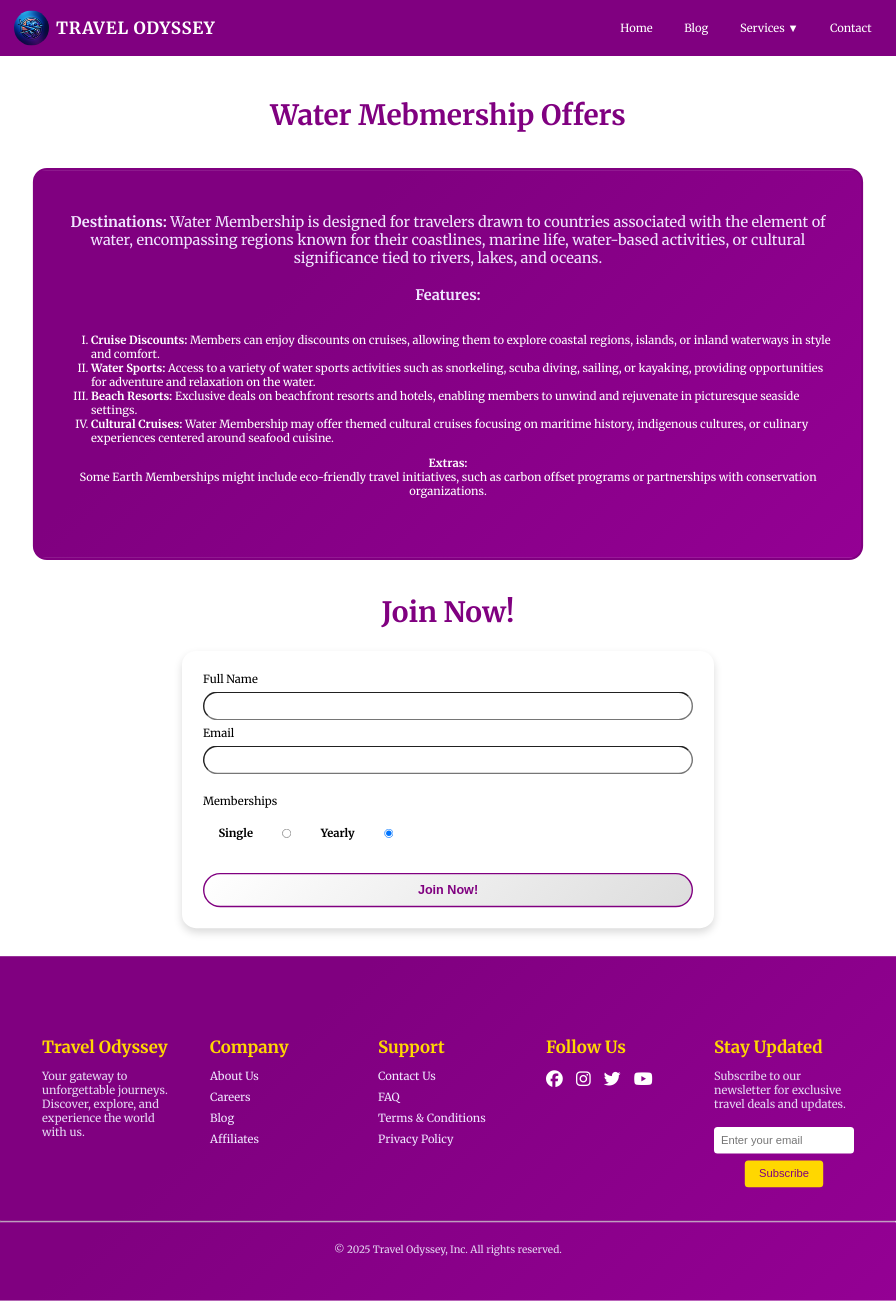
Repository: GHzPhoenix/Project-Odyssey
Page: Frontend/water.html
An editor plug-in stored every save of this project. The page is shown before and after the next save, followed by the edit.
The browser window is 1280 px wide. The pictures show the whole page, at 70% of full size.
Some web libraries are served in a nearby version.

Above is the page before, as saved 2025-06-08 16:39:27.

### Frontend/water.html
<!DOCTYPE html>
<html lang="en">
<head>
    <meta charset="UTF-8">
    <meta name="viewport" content="width=device-width, initial-scale=1.0">
    <title>Water Membership</title>
    <link rel="stylesheet" href="/Frontend/css/style.css" />
    <link rel="preconnect" href="https://fonts.googleapis.com">
<link rel="preconnect" href="https://fonts.gstatic.com" crossorigin>
<link href="https://fonts.googleapis.com/css2?family=Merriweather:ital,wght@0,300;0,400;0,700;0,900;1,300;1,400;1,700;1,900&display=swap" rel="stylesheet">

</head>

<body>
    <header>
      <nav>
        <div class="logo">
            <img src="./assets/your-logo.png" alt="Logo">
            Travel Odyssey
        </div>

        <div class="menu-toggle" onclick="toggleMenu()">
            <div></div>
            <div></div>
            <div></div>
        </div>

        <ul>
            <li><a href="index.html">Home</a></li>
            <li><a href="city.html">Blog</a></li>
            <li>
                <a href="#">Services ▼</a>
                <div class="dropdown">
                    <a href="membership.html">Memberships</a>
                    <a href="dream.html">Plan your Trip</a>
                    <a href="client-area.html">Client Area</a>
                </div>
            </li>
            <li><a href="contact.html">Contact</a></li>
        </ul>
    </nav>


    </header>
    <main>
        <h1>Water Mebmership Offers</h1>
        <div class="big-box">
        <p><b>Destinations:</b> Water Membership is designed for travelers drawn to countries associated with the element of water, encompassing regions known for their coastlines, marine life, water-based activities, or cultural significance tied to rivers, lakes, and oceans.
            <br>
            <br>
            <b>Features:</b>
            <ol type="I">
            <li><b>Cruise Discounts:</b> Members can enjoy discounts on cruises, allowing them to explore coastal regions, islands, or inland waterways in style and comfort.</li>
           <li> <b>Water Sports:</b> Access to a variety of water sports activities such as snorkeling, scuba diving, sailing, or kayaking, providing opportunities for adventure and relaxation on the water.</li>
           <li><b>Beach Resorts:</b> Exclusive deals on beachfront resorts and hotels, enabling members to unwind and rejuvenate in picturesque seaside settings.</li>
            <li><b>Cultural Cruises:</b> Water Membership may offer themed cultural cruises focusing on maritime history, indigenous cultures, or culinary experiences centered around seafood cuisine.</li>

            </ol>
            <b>Extras:</b> Some Earth Memberships might include eco-friendly travel initiatives, such as carbon offset programs or partnerships with conservation organizations. </p>
        </div>
        <h1> Join Now!</h1>
        <div class="container">

                <form id="booking-form">
                    <label for="name">Full Name</label>
                    <input  type="text" id="name" name="name" required>
               <br>
                    <label for="email">Email</label>
                    <input type="email" id="email" name="email" required>
                <br>
                <table class="subs">
                    <br>
                    Memberships
                    <tr>
                <th><label for="period">Single</label></th>
                <td><input type="radio" id="Monthly" name="period" value="Monthly"></td>
                <th><label for="period">Yearly</label></th>
                <td><input type="radio" id="Yearly" name="period" value="Yearly" checked></td>
                </tr>
                </table>
                <a href="checkout.html" style="color: white;"> <button class="submit">Join Now!</button></a>
    </form>
</main>
<footer class="footer">
    <div class="footer-container">
        <!-- Company Info -->
        <div class="footer-section">
            <h3>Travel Odyssey</h3>
            <p>Your gateway to unforgettable journeys. Discover, explore, and experience the world with us.</p>
        </div>

        <!-- Quick Links -->
        <div class="footer-section">
            <h3>Company</h3>
            <ul>
                <li><a href="aboutus.html">About Us</a></li>
                <li><a href="careers.html">Careers</a></li>
                <li><a href="blog.html">Blog</a></li>
                <li><a href="affiliates.html">Affiliates</a></li>
            </ul>
        </div>

        <!-- Customer Support -->
        <div class="footer-section">
            <h3>Support</h3>
            <ul>
                <li><a href="contact.html">Contact Us</a></li>
                <li><a href="faq.html">FAQ</a></li>
                <li><a href="terms.html">Terms & Conditions</a></li>
                <li><a href="privacy.html">Privacy Policy</a></li>
            </ul>
        </div>

        <!-- Social Media -->
        <div class="footer-section">
            <h3>Follow Us</h3>
            <div class="social-icons">
                <a href="#"><i class="fab fa-facebook"></i></a>
                <a href="#"><i class="fab fa-instagram"></i></a>
                <a href="#"><i class="fab fa-twitter"></i></a>
                <a href="#"><i class="fab fa-youtube"></i></a>
            </div>
        </div>

        <!-- Newsletter Subscription -->
        <div class="footer-section newsletter">
            <h3>Stay Updated</h3>
            <p>Subscribe to our newsletter for exclusive travel deals and updates.</p>
            <form action="#">
                <input type="email" placeholder="Enter your email" required>
                <button type="submit">Subscribe</button>
            </form>
        </div>
    </div>

    <hr>

    <div class="footer-bottom">
        <p>© 2025 Travel Odyssey, Inc. All rights reserved.</p>
    </div>
</footer>

<!-- FontAwesome for icons -->
<script src="https://kit.fontawesome.com/a076d05399.js" crossorigin="anonymous"></script>

<script>
  function toggleMenu() {
      document.querySelector("nav ul").classList.toggle("active");
  }
</script>
<script src="script.js"></script>
</body>
</html>

Loaded but not shown: script.js (153 lines, source omitted); Frontend/css/style.css (994 lines, source omitted)

After the next save:
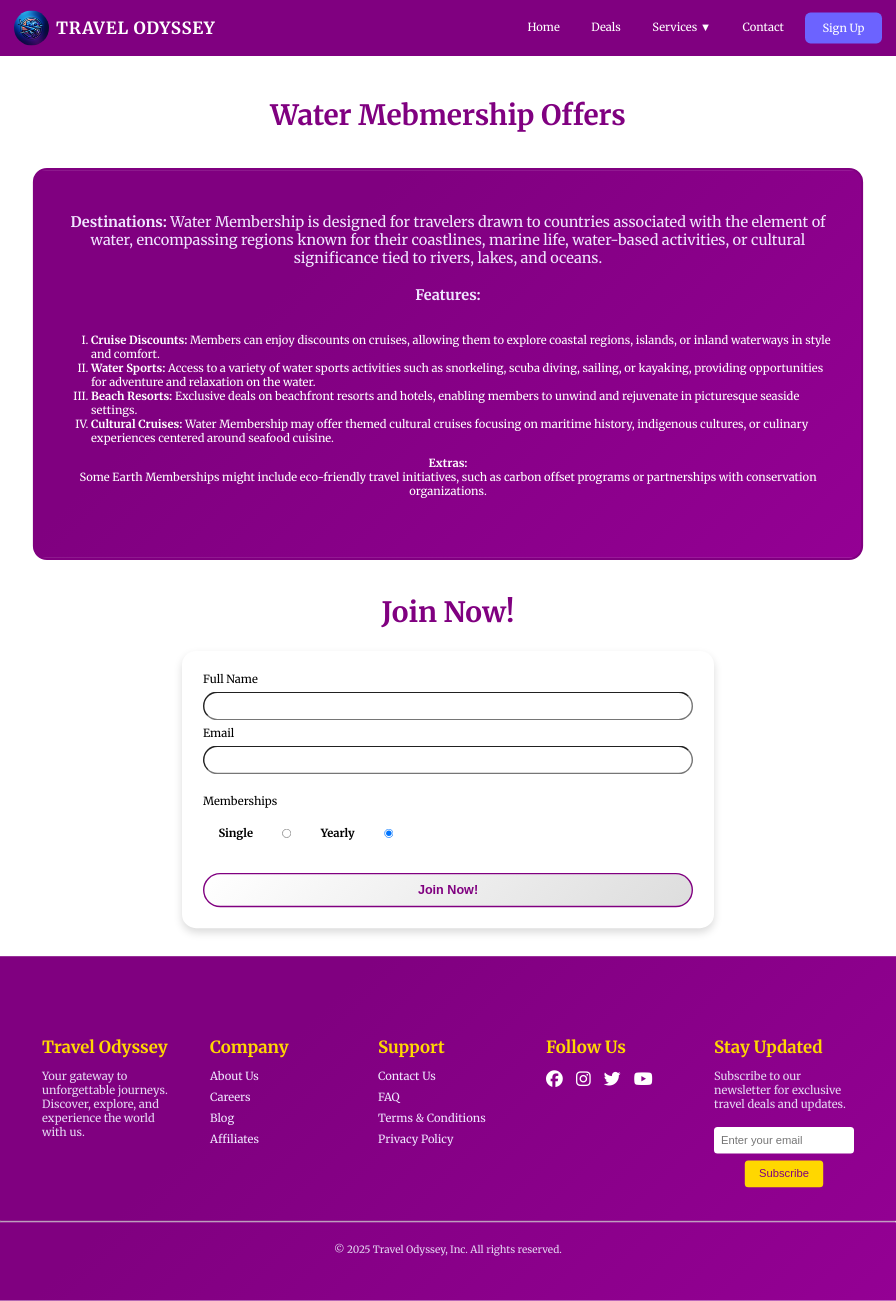
Saved 29 s later.
--- a/Frontend/water.html
+++ b/Frontend/water.html
@@ -13,32 +13,31 @@
 
 <body>
     <header>
-      <nav>
+           <nav>
         <div class="logo">
-            <img src="./assets/your-logo.png" alt="Logo">
-            Travel Odyssey
+          <img src="/Frontend/assets/your-logo.png" alt="Logo" />
+          Travel Odyssey
         </div>
-
         <div class="menu-toggle" onclick="toggleMenu()">
-            <div></div>
-            <div></div>
-            <div></div>
+          <div></div>
+          <div></div>
+          <div></div>
         </div>
-
-        <ul>
-            <li><a href="index.html">Home</a></li>
-            <li><a href="city.html">Blog</a></li>
-            <li>
-                <a href="#">Services ▼</a>
-                <div class="dropdown">
-                    <a href="membership.html">Memberships</a>
-                    <a href="dream.html">Plan your Trip</a>
-                    <a href="client-area.html">Client Area</a>
-                </div>
-            </li>
-            <li><a href="contact.html">Contact</a></li>
+        <ul class="nav-menu">
+          <li><a href="index.html">Home</a></li>
+          <li><a href="deals.html">Deals</a></li>
+          <li class="dropdown-parent">
+            <a href="#">Services ▼</a>
+            <div class="dropdown">
+              <a href="membership.html">Memberships</a>
+              <a href="dream.html">Plan your Trip</a>
+              <a href="client-area.html">Client Area</a>
+            </div>
+          </li>
+          <li><a href="contact.html">Contact</a></li>
+          <li><a href="signup.html" class="signup-btn">Sign Up</a></li>
         </ul>
-    </nav>
+      </nav>
 
 
     </header>
